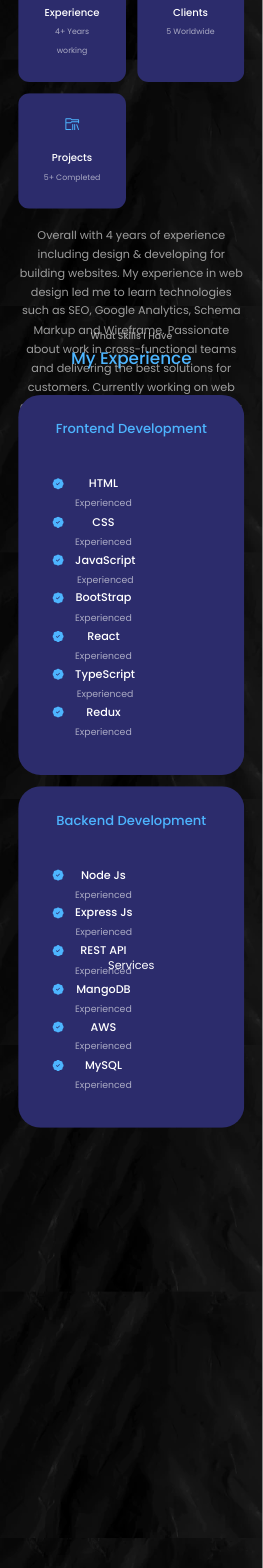
Repository: mayuri2018/Mr_react_portfolio
Page: /
These files come from the project's save history. The page is drawn as it stood at one moment and after the next save; the edit follows.
The browser window is 375 px wide. The pictures show the part of the page from y = 1323 to 3563 px (the page is 6203 px tall), at 70% of full size.
The project was rebuilt for these pictures with package versions that can differ from the ones it lists, and the page was loaded fresh each time. Also part of the build but not shown: src/components/services/services.css, src/components/portfolio/portfolio.css, src/components/testimonials/testimonials.css, src/components/contact/contact.css, src/components/footer/footer.css.

Above is the page before, as saved 2023-01-25 14:36:13.

### public/index.html
<!DOCTYPE html>
<html lang="en">
  <head>
    <meta charset="utf-8" />
    <link rel="icon" href="%PUBLIC_URL%/favicon.ico" />
    <meta name="viewport" content="width=device-width, initial-scale=1" />
    <meta name="theme-color" content="#000000" />
    <meta
      name="description"
      content="Web site created using create-react-app"
    />
    <link rel="apple-touch-icon" href="%PUBLIC_URL%/logo192.png" />
    <!--
      manifest.json provides metadata used when your web app is installed on a
      user's mobile device or desktop. See https://developers.google.com/web/fundamentals/web-app-manifest/
    -->
    <link rel="manifest" href="%PUBLIC_URL%/manifest.json" />
    <!--
      Notice the use of %PUBLIC_URL% in the tags above.
      It will be replaced with the URL of the `public` folder during the build.
      Only files inside the `public` folder can be referenced from the HTML.

      Unlike "/favicon.ico" or "favicon.ico", "%PUBLIC_URL%/favicon.ico" will
      work correctly both with client-side routing and a non-root public URL.
      Learn how to configure a non-root public URL by running `npm run build`.
    -->
    <title>React portfolio</title>
  </head>
  <body>
    <noscript>You need to enable JavaScript to run this app.</noscript>
    <div id="root"></div>
    <!--
      This HTML file is a template.
      If you open it directly in the browser, you will see an empty page.

      You can add webfonts, meta tags, or analytics to this file.
      The build step will place the bundled scripts into the <body> tag.

      To begin the development, run `npm start` or `yarn start`.
      To create a production bundle, use `npm run build` or `yarn build`.
    -->
  </body>
</html>

### src/index.css
@import url('https://fonts.googleapis.com/css2?family=Poppins:wght@300;400;500;600&display=swap');
*{
  margin:0;
  padding: 0;
  border: 0;
  outline: 0;
  box-sizing:border-box;
  list-style: none;
  text-decoration: none;
}
:root{
  --color-bg:#1f1f38;
  --color-bg-variant:#2c2c6c;
  --color-primary:#4db5ff;
  --color-primary-vriant:rgba(77,181,255,0.4);
  --color-white:#fff;
  --color-light:rgba(255, 255, 255, 0.6);
  --transition: all 400ms;
  --container-width-lg:75%;
  --container-width-md:86%;
  --container-width-sm:90%;
}

html {
  scroll-behavior: smooth;
}

::-webkit-scrollbar{
  display: none;
}
body{
  font-family: "Poppins", sans-serif;
  background:var (--color-white);
  color: var(--color-white);
  line-height: 1.7;
  background-image: url(../src/assets/bg-texture.webp);
}
/*---------general style---------*/
.container{
  width: var(--container-width-lg);
  margin: 0 auto;
}

h1,
h2,
h3,
h4,
h5{
  font-weight:500;
}
h1{
  font-size: 2.5rem;
}
section{
  margin-top: 8rem;
  height: 100vh;
}
section > h2,
section >h5{
  text-align: center;
  color: var(--color-light);
}
section > h2{
  color: var(--color-primary);
  margin-bottom: 3rem;
}
.text-light{
  color: var(--color-light);
}
a{
  color: var(--color-primary);
  transition: var(--transition);
}
a:hover{
  color: var(--color-white);
}
.btn{
  width: max-content;
  display: inline-block;
  color: var(--color-primary);
  padding: 0.75rem 1.2rem;
  border-radius: 0.4rem;
  cursor: pointer;
  border: 1px solid var(--color-primary);
  transition: var(--transition);
}
.btn:hover{
  background: var(--color-white);
  color: var(--color-bg);
  border-color: transparent;
}
.btn-primary{
  background: var(--color-primary);
  color: var(--color-bg);
}
img{
  display: block;
  width: 100%;
  object-fit: cover;
}
/*----------Media Queries (Medium devices)-----*/
@media screen and (max-width: 1024px){
  .container{
    width: var(--container-width-md);
  }
  section{
    margin-top: 6rem;
  }

}
/*----------Media Queries (small devices)-----*/
@media screen and (max-width: 600px){
  .container{
    width: var(--container-width-md);
  }
  section > h2{
    margin-bottom: 2rem;
  }

}

### src/App.js
import logo from './logo.svg';
import './App.css';
import Header from "./components/header/Header";
import Nav from "./components/nav/Nav";
import About from "./components/about/About";
import Experience from "./components/experience/Experience";
import Services from "./components/services/Services";
import Portfolio from "./components/portfolio/Portfolio";
import Testimonials from "./components/testimonials/Testimonials";
import Contact from "./components/contact/Contact";
import Footer from "./components/footer/Footer";

function App() {
  return (
    <div className="App">
      <Header/>
      <Nav/>
      <About/>
      <Experience/>
      <Services/>
      <Portfolio/>
      <Testimonials/>
      <Contact/>
      <Footer/>

    </div>
  );
}

export default App;

### src/components/header/Header.jsx
import React from "react";
import "./header.css";
import ME from "../../assets/ME.jpeg";
import CTA from "./CTA";
import HeaderSocials from "./HeaderSocials";

export default function Header(){
    return(
        <header>
            <div className="container header_container">
                <h5>Hello I'm</h5>
                <h1>Mayuri Vaddempudi</h1>
                <h5 className="text-light">Fullstack Developer</h5>
                <CTA/>
                <HeaderSocials/>
                <div className="me">
                    <img src={ME} alt="me"/>
                </div>
                <a href="#contact" className="scroll_down">Scroll Down</a>
            </div>
        </header>

    )
}

### src/components/nav/Nav.jsx
import React from "react";
import "./nav.css";
import {AiOutlineHome} from "react-icons/ai";
import {BiBook} from "react-icons/bi";
import {AiOutlineUser} from "react-icons/ai";
import {RiServiceLine} from "react-icons/ri";
import {BiMessageSquareDetail} from "react-icons/bi";
import { useState } from "react";

export default function Nav(){
    const[activeNav, setActiveNav] = useState("#")
    return(
        <nav>
            <a href="#" onClick = {()=> setActiveNav("#")}className={activeNav === "#" ? "active" : ""}><AiOutlineHome/></a>
            <a href="#about" onClick = {()=> setActiveNav("#about")}className={activeNav === "#about" ? "active" : ""}><AiOutlineUser/></a>
            <a href="#experience" onClick = {()=> setActiveNav("#experience")}className={activeNav === "#experience" ? "active" : ""}><BiBook/></a>
            <a href="#services" onClick = {()=> setActiveNav("#services")}className={activeNav === "#services" ? "active" : ""}><RiServiceLine/></a>
            <a href="#contact" onClick = {()=> setActiveNav("#contact")}className={activeNav === "#contact" ? "active" : ""}><BiMessageSquareDetail/></a>
        </nav>

    )
}

### src/components/about/About.jsx
import React from "react";
import "./about.css";
import ME from "../../assets/ME.jpeg";
import{FaAward} from "react-icons/fa";
import{FiUsers} from "react-icons/fi";
import{VscFolderLibrary} from "react-icons/vsc";

export default function About(){
    return(
        <section id="about">
            <h5>Get To Know</h5>
            <h2>About Me</h2>
            <div className="container about_container">
                <div className="about_me">
                    <div className="about_me-image">
                        <img src={ME} alt="About-image"/>
                    </div>
                </div>

                <div className="about_content">
                    <div className="about_cards">
                        <article className="about_card">
                            <FaAward className="about_icon"/>
                            <h5>Experience</h5>
                            <small>4+ Years working</small>
                        </article>

                        <article className="about_card">
                            <FiUsers className="about_icon"/>
                            <h5>Clients</h5>
                            <small>5 Worldwide</small>
                        </article>

                        <article className="about_card">
                            <VscFolderLibrary className="about_icon"/>
                            <h5>Projects</h5>
                            <small>5+ Completed</small>
                        </article>
                    </div>
                    <p>
                    Overall with 4 years of experience including design & developing for building websites.
                    My experience in web design led me to learn technologies such as SEO, Google Analytics,
                    Schema Markup and Wireframe.
                    Passionate about work in cross-functional teams and delivering the best solutions for customers.
                    Currently working on web apps created on ReactJs, Redux, React-router, and Axios.
                    Open for relocation and working as a front-end.
                    </p>
                    <a href="#contact" className="btn-primary">Let's Talk</a>
                </div>
            </div>
        </section>
    )
}

### src/components/experience/Experience.jsx
import React from "react";
import "./experience.css";
import {BsPatchCheckFill} from "react-icons/bs"

export default function Experience (){
    return(
        <section id="experience">
            <h5>What Skills I Have</h5>
            <h2>My Experience</h2>

            <div className="container experience_container">
                <div className="experience_frontend">
                    <h3>Frontend Development</h3>
                    <div className="experience_content">
                        <article className="experience_details">
                            <BsPatchCheckFill className="experience_details-icon"/>
                            <div>
                            <h4>HTML</h4>
                            <small className="text-light">Experienced</small>
                            </div>
                        </article>

                        <article className="experience_details">
                            <BsPatchCheckFill className="experience_details-icon"/>
                            <div>
                            <h4>CSS</h4>
                            <small className="text-light">Experienced</small>
                            </div>
                        </article>

                        <article className="experience_details">
                            <BsPatchCheckFill className="experience_details-icon"/>
                            <div>
                            <h4>JavaScript</h4>
                            <small className="text-light">Experienced</small>
                            </div>
                        </article>

                        <article className="experience_details">
                            <BsPatchCheckFill className="experience_details-icon"/>
                            <div>
                            <h4>BootStrap</h4>
                            <small className="text-light">Experienced</small>
                            </div>
                        </article>

                        <article className="experience_details">
                            <BsPatchCheckFill className="experience_details-icon"/>
                            <div>
                            <h4>React</h4>
                            <small className="text-light">Experienced</small>
                            </div>
                        </article>

                        <article className="experience_details">
                            <BsPatchCheckFill className="experience_details-icon"/>
                            <div>
                            <h4>TypeScript</h4>
                            <small className="text-light">Experienced</small>
                            </div>
                        </article>

                        <article className="experience_details">
                            <BsPatchCheckFill className="experience_details-icon"/>
                            <div>
                            <h4>Redux</h4>
                            <small className="text-light">Experienced</small>
                            </div>
                        </article>
                    </div>
                </div>
                <div className="experience_backend">
                <h3>Backend Development</h3>
                    <div className="experience_content">
                        <article className="experience_details">
                            <BsPatchCheckFill className="experience_details-icon"/>
                            <div>
                            <h4>Node Js</h4>
                            <small className="text-light">Experienced</small>
                            </div>
                        </article>

                        <article className="experience_details">
                            <BsPatchCheckFill className="experience_details-icon"/>
                            <div>
                            <h4>Express Js</h4>
                            <small className="text-light">Experienced</small>
                            </div>
                        </article>

                        <article className="experience_details">
                            <BsPatchCheckFill className="experience_details-icon"/>
                            <div>
                            <h4>REST API</h4>
                            <small className="text-light">Experienced</small>
                            </div>
                        </article>

                        <article className="experience_details">
                            <BsPatchCheckFill className="experience_details-icon"/>
                            <div>
                            <h4>MangoDB</h4>
                            <small className="text-light">Experienced</small>
                            </div>
                        </article>

                        <article className="experience_details">
                            <BsPatchCheckFill className="experience_details-icon"/>
                            <div>
                            <h4>AWS</h4>
                            <small className="text-light">Experienced</small>
                            </div>
                        </article>

                        <article className="experience_details">
                            <BsPatchCheckFill className="experience_details-icon"/>
                            <div>
                            <h4>MySQL</h4>
                            <small className="text-light">Experienced</small>
                            </div>
                        </article>
                    </div>
                </div>
            </div>
        </section>
    )
}

### src/components/services/Services.jsx
import React from "react";
import "./services.css";

export default function Services(){
    return(
        <section id="services">Services</section>
    )
}

### src/components/portfolio/Portfolio.jsx
import React from "react";
import "./portfolio.css";

export default function Portfolio(){
    return(
        <section id="portfolio">Portfolio</section>
    )
}

### src/components/testimonials/Testimonials.jsx
import React from "react";
import "./testimonials.css";

export default function Testimonials(){
    return(
        <section id="testimonials">Testimonials</section>
    )
}

### src/components/contact/Contact.jsx
import React from "react";
import "./contact.css";

export default function Contact(){
    return(
        <section id="contact">Contact</section>
    )
}

### src/components/footer/Footer.jsx
import React from "react";
import "./footer.css";

export default function Footer(){
    return(
        <div>Footer</div>
    )
}

### src/components/header/header.css
header{
    height: 100vh;
    padding-top: 7rem;
    overflow: hidden;
}
.header_container{
    text-align: center;
    height: 100%;
    position: relative;
}
/*------------CTA-----------*/
.cta{
    margin-top: 2.5rem;
    display: flex;
    gap: 1.2rem;
    justify-content: center;
}
/*------------headerSocials-----------*/
.header_socials{
    display: flex;
    flex-direction: column;
    align-items: center;
    gap: 0.8rem;
    position: absolute;
    left: 0;
    bottom: 3rem;
}
.header_socials::after{
    content: "";
    width: 1px;
    height: 2rem;
    background: var(--color-primary);
}
/*------------ME-----------*/
.me{
    background: linear-gradient(var(--color-primary), transparent);
    width: 22rem;
    height: 30rem;
    position: absolute;
    left: calc(50% - 11rem);
    margin-top: 4rem;
    border-radius: 12rem 12rem 0 0;
    overflow: hidden;
    padding: 5rem 1.5rem 1.5rem 1.5rem;
}
/*------------scroll down-----------*/
.scroll_down{
    position: absolute;
    right: -2.3rem;
    bottom: 5rem;
    transform: rotate(90deg);
    font-weight: 300;
    font-size: 0.9;
}
/*----------Media Queries (Medium devices)-----*/
@media screen and (max-width: 1024px){
    header{
        height: 68vh;
    }

  }
  /*----------Media Queries (small devices)-----*/
  @media screen and (max-width: 600px){
    header{
        height: 100vh;
    }
    .header_socials,
    .scroll_down{
        display: none;
    }
  }

### src/components/header/CTA.jsx
import React from "react";

export default function CTA(){
    return(
        <div className="cta">
           <a href="{CV}" className="btn">Download CV</a>
           <a href="#contact" className="btn btn-primary">Let's Talk</a>
        </div>
    )
}

### src/components/header/HeaderSocials.jsx
import React from "react";
import {BsLinkedin} from "react-icons/bs";
import {BsGithub} from "react-icons/bs";
import {FaDribbble} from "react-icons/fa";

export default function HeaderSocials(){
    return(
        <div className="header_socials">
            <a href="https://linkedin.com" target="_blank"><BsLinkedin/></a>
            <a href="https://github.com" target="_blank"><BsGithub/></a>
            <a href="https://dribble.com" target="_blank"><FaDribbble/></a>
        </div>
    )
}

### src/components/nav/nav.css
nav{
    background: rgba(0, 0, 0, 0.3);
    width: max-content;
    display: block;
    padding: 0.7rem 1.7rem;
    z-index: 2;
    position: fixed;
    left: 50%;
    transform: translate(-50%);
    bottom: 2rem;
    display: flex;
    gap: 0.8rem;
    border-radius: 3rem;
    backdrop-filter: blur(15px);
}
nav a{
    background: transparent;
    padding: 0.9rem;
    border-radius: 50%;
    display: flex;
    color: var(--color-light);
    font-size: 1.1rem;
}
nav a:hover{
    background:rgba(0, 0, 0, 0.3);
}
nav a.active{
    background: var(--color-bg);
    color: var(--color-white);
}

### src/components/about/about.css
.about_container{
    display: grid;
    grid-template-columns: 35% 50%;
    gap:15%;
}

.about_me{
    width: 100%;
    aspect-ratio: 1/1;
    border-radius: 2rem;
    background: linear-gradient(
        45deg,
        transparent,
        var(--color-primary),
        transparent);
    display: grid;
    place-items: center;
}

.about_me-image{
    border-radius: 2rem;
    overflow: hidden;
    transform: rotate(10deg);
    transition: var(--transition);
}

.about_me-image:hover{
    transform: rotate(0);
}
.about_cards{
    display: grid;
    grid-template-columns: repeat(3, 1fr);
    gap: 1.5em;
}

.about_card{
    background: var(--color-bg-variant);
    border: 1px solid transparent;
    border-radius: 1rem;
    padding: 2rem;
    text-align: center;
    transition: var(--transition);
}

.about_card:hover{
    background: transparent;
    border-color: var(--color-primary-variant);
    cursor: default;
}

.about_icon{
    color: var(--color-primary);
    font-size: 1.4rem;
    margin-bottom: 1rem;
}
.about_card h5{
    font-size: 0.9rem;
}

.about_card small{
    font-size: 0.7rem;
    color: var(--color-light);
}

.about_content p{
    margin: 2rem 0 2.6rem;
    color:var(--color-light);
}

/*----------Media Queries (Medium devices)-----*/
@media screen and (max-width: 1024px){
    .about_container{
        grid-template-columns: 1fr;
        gap:0;
    }
    .about_me{
        width: 50%;
        margin: 1rem 0 1.5rem;
    }

  }
  /*----------Media Queries (small devices)-----*/
  @media screen and (max-width: 600px){
    .about_me{
        width: 65%;
        margin: 0 auto 3rem;
    }
    .about_cards{
        grid-template-columns: 1fr 1fr;
        gap:1rem ;
    }
    .about_content{
        text-align: center;
    }
    .about_content p{
        margin: 1.5rem 0;
    }
  }

### src/components/experience/experience.css
.experience_container{
    display: grid;
    grid-template-columns: 1fr 1fr;
    gap:2rem;
}
.experience_container > div{
    background:var(--color-bg-variant);
    padding: 2.4rem 5rem;
    border-radius: 2rem;
    border: 1px solid transparent;
    transition: var(--transition);
}

.experience_container > div:hover{
    background: transparent;
    border-color: var(--color-primary-variant);
    cursor: default;
}
.experience_container > div h3{
    text-align: center;
    margin-bottom: 2rem;
    color: var(--color-primary);
}

.experience_container{
    display: grid;
    grid-template-columns: 1fr 1fr;
    row-gap: 2rem;
}
.experience_details{
    display: flex;
    gap:1rem;
}
.experience_details-icon{
    margin-top: 6px;
    color: var(--color-primary);
}

/*----------Media Queries (Medium devices)-----*/
@media screen and (max-width: 1024px){
    .experience_container{
        grid-template-columns: 1fr;
    }
    .experience_container > div{
        width: 80%;
        padding: 2rem;
        margin: 0 auto;
    }
    .experience_content{
        padding: 1rem;
    }

  }
  /*----------Media Queries (small devices)-----*/
  @media screen and (max-width: 600px){
   .experience_container{
    gap:1rem;
   }
   .experience_container > div{
    width: 100%;
    padding: ;
   }
  }

Loaded but not shown: src/index.js (common file); src/reportWebVitals.js (common file); src/App.css (common file)

After the next save:
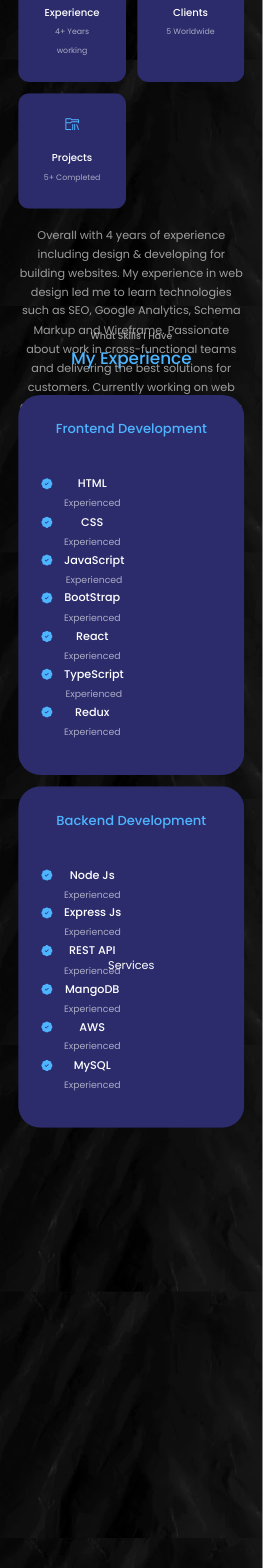
Saved 3 min 3 s later.
--- a/src/components/experience/experience.css
+++ b/src/components/experience/experience.css
@@ -58,6 +58,6 @@
    }
    .experience_container > div{
     width: 100%;
-    padding: ;
+    padding: 2rem 1rem;
    }
   }
